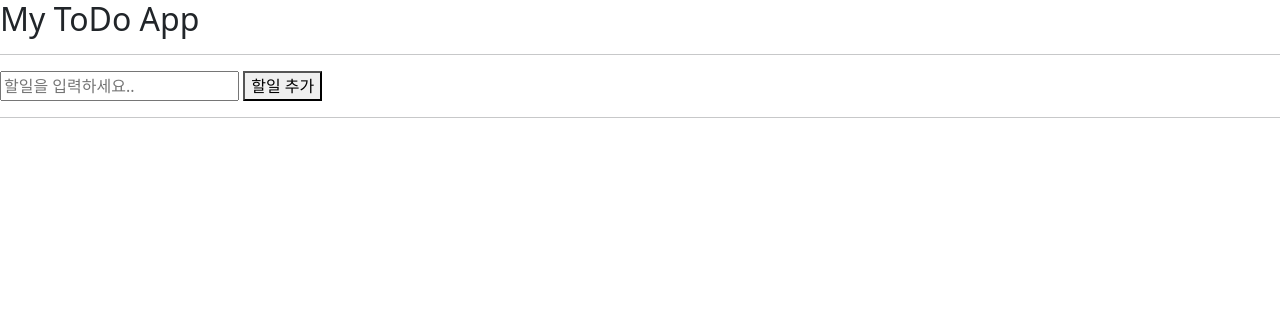
Repository: changhui98/JspBoard
Page: jspProject/src/main/webapp/ch03/todoapp.html
An editor plug-in stored every save of this project. The page is shown before and after the next save, followed by the edit.
The browser window is 1280 px wide. The pictures show the whole page.

Above is the page before, as saved 2024-01-23 16:10:38.

### jspProject/src/main/webapp/ch03/todoapp.html
<!DOCTYPE html>
<html>
<head>
<meta charset="UTF-8">
<title>Insert title here</title>
<link href="https://cdn.jsdelivr.net/npm/bootstrap@5.3.1/dist/css/bootstrap.min.css" rel="stylesheet" integrity="sha384-4bw+/aepP/YC94hEpVNVgiZdgIC5+VKNBQNGCHeKRQN+PtmoHDEXuppvnDJzQIu9" crossorigin="anonymous">
</head>
<body>
	<div>
		<h2>My ToDo App</h2>
		<hr>
		<div>
			<input it="item" type="text" placeholder="할일을 입력하세요..">
			<button type="button" onclick="addItem()">할일 추가</button>
		</div>
		<hr>
		<ul id="todolist"></ul>
	</div>
<script src="https://cdn.jsdelivr.net/npm/bootstrap@5.3.1/dist/js/bootstrap.bundle.min.js" integrity="sha384-HwwvtgBNo3bZJJLYd8oVXjrBZt8cqVSpeBNS5n7C8IVInixGAoxmnlMuBnhbgrkm" crossorigin="anonymous"></script>
</body>
</html>

After the next save:
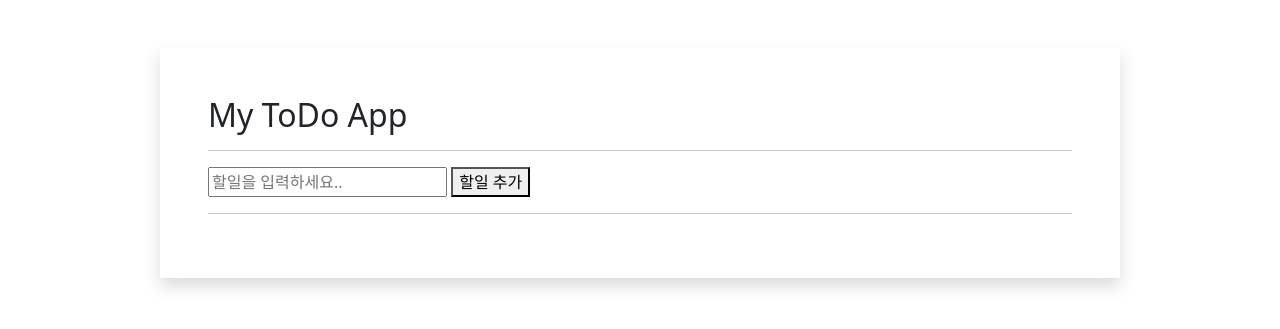
Saved 2 min 12 s later.
--- a/jspProject/src/main/webapp/ch03/todoapp.html
+++ b/jspProject/src/main/webapp/ch03/todoapp.html
@@ -6,7 +6,7 @@
 <link href="https://cdn.jsdelivr.net/npm/bootstrap@5.3.1/dist/css/bootstrap.min.css" rel="stylesheet" integrity="sha384-4bw+/aepP/YC94hEpVNVgiZdgIC5+VKNBQNGCHeKRQN+PtmoHDEXuppvnDJzQIu9" crossorigin="anonymous">
 </head>
 <body>
-	<div>
+	<div class="container bg-waring shadow mx-auto mt-5 p-5 w-75">
 		<h2>My ToDo App</h2>
 		<hr>
 		<div>
